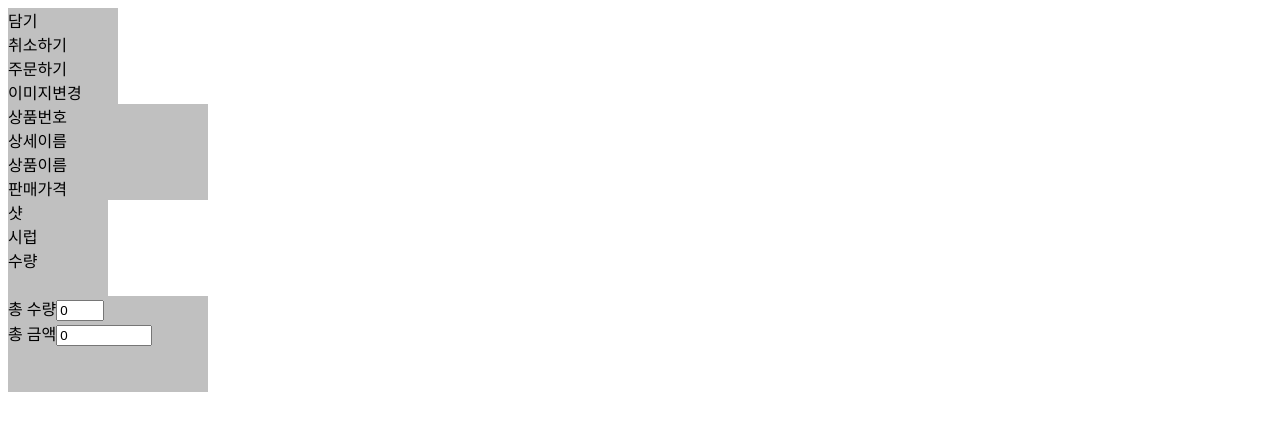
Repository: DevJoeYC/Metabukcs
Page: metabucks/WebContent/PROTO2/product/option.html
The author's editor kept a copy of each file at every save. The page is drawn from the files as they stood at one save, then again after the next save.
The browser window is 1280 px wide. The pictures show the whole page.

Above is the page before, as saved 2022-05-26 06:12:22.

### metabucks/WebContent/PROTO2/product/option.html
<div style="width: 110px; height:6rem; background-color:silver;" class="left">
<div class="btn" onclick="putItemIntoCart();clearOption();">담기</div>
<div class="btn" onclick="clearCart();">취소하기</div>
<div class="btn" onclick="order();">주문하기</div>
<div class="btn" onclick="UpdateIMG();">이미지변경</div>
</div>

<div style="width: 200px; height:6rem; background-color:silver;" class="left">
상품번호<span id="pro_no"></span><br>
상세이름<span id="pro_name"></span><br>
상품이름<span id="div_name"></span><br>
판매가격<span id="sel_price"></span><br>
</div>

<div style="width: 100px; height:6rem; background-color:silver;" class="left">
샷<span id="sel_opt1"></span><br>
시럽<span id="sel_opt2"></span><br>
수량<span id="sel_opt3"></span><br>
</div>

<div style="width: 200px; height:6rem; background-color:silver;" class="left">
<div class="cart" id="totalCount">총 수량<input type="number" value="0" id="count" style="width:3rem;" readonly></div>
<div class="cart" id="totalPrice">총 금액<input type="number" value="0" id="price" style="width:6rem;" readonly></div>
<div style="width:100px; height:1.5rem; background-color:silver;" id="order_no_list"></div>
</div>

After the next save:
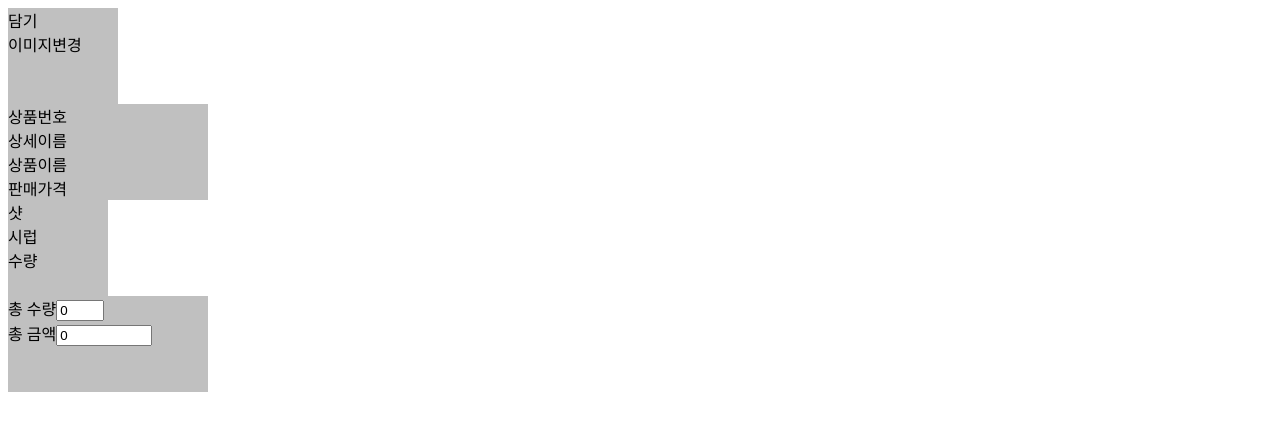
Saved 12 s later.
--- a/metabucks/WebContent/PROTO2/product/option.html
+++ b/metabucks/WebContent/PROTO2/product/option.html
@@ -1,7 +1,5 @@
 <div style="width: 110px; height:6rem; background-color:silver;" class="left">
 <div class="btn" onclick="putItemIntoCart();clearOption();">담기</div>
-<div class="btn" onclick="clearCart();">취소하기</div>
-<div class="btn" onclick="order();">주문하기</div>
 <div class="btn" onclick="UpdateIMG();">이미지변경</div>
 </div>
 
